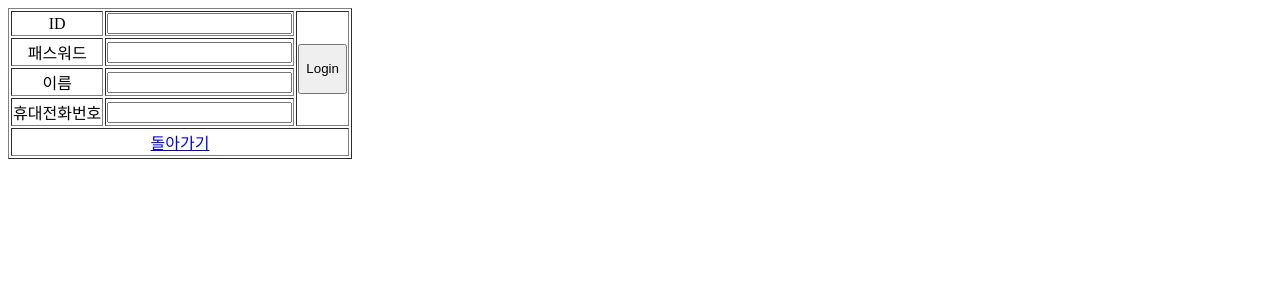
Repository: wake45/Web_Programming_Project
Page: Web_기말프로젝트_20145150_이상욱/Project/WebContent/regist.html
The author's editor kept a copy of each file at every save. The page is drawn from the files as they stood at one save, then again after the next save.
The browser window is 1280 px wide. The pictures show the whole page.

Above is the page before, as saved 2018-06-11 07:34:58.

After the next save:
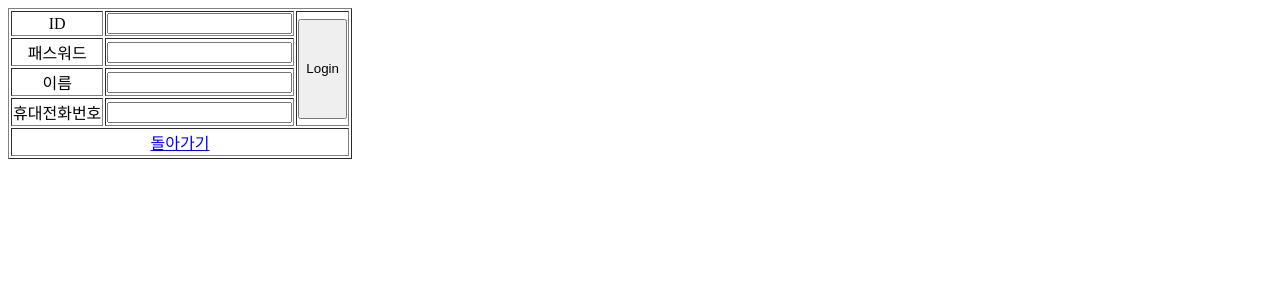
Saved 20 s later.
--- a/Web_기말프로젝트_20145150_이상욱/Project/WebContent/regist.html
+++ b/Web_기말프로젝트_20145150_이상욱/Project/WebContent/regist.html
@@ -10,7 +10,7 @@
 		<tr>
 			<td align="center">ID
 			<td> <input type=text name=id>
-			<td rowspan="4" align="center"><input type=submit value=Login style="height: 50px;"></td>
+			<td rowspan="4" align="center"><input type=submit value=Login style="height: 100px;"></td>
 		<tr>
 			<td align="center">패스워드
 			<td><input type=password name=password>
